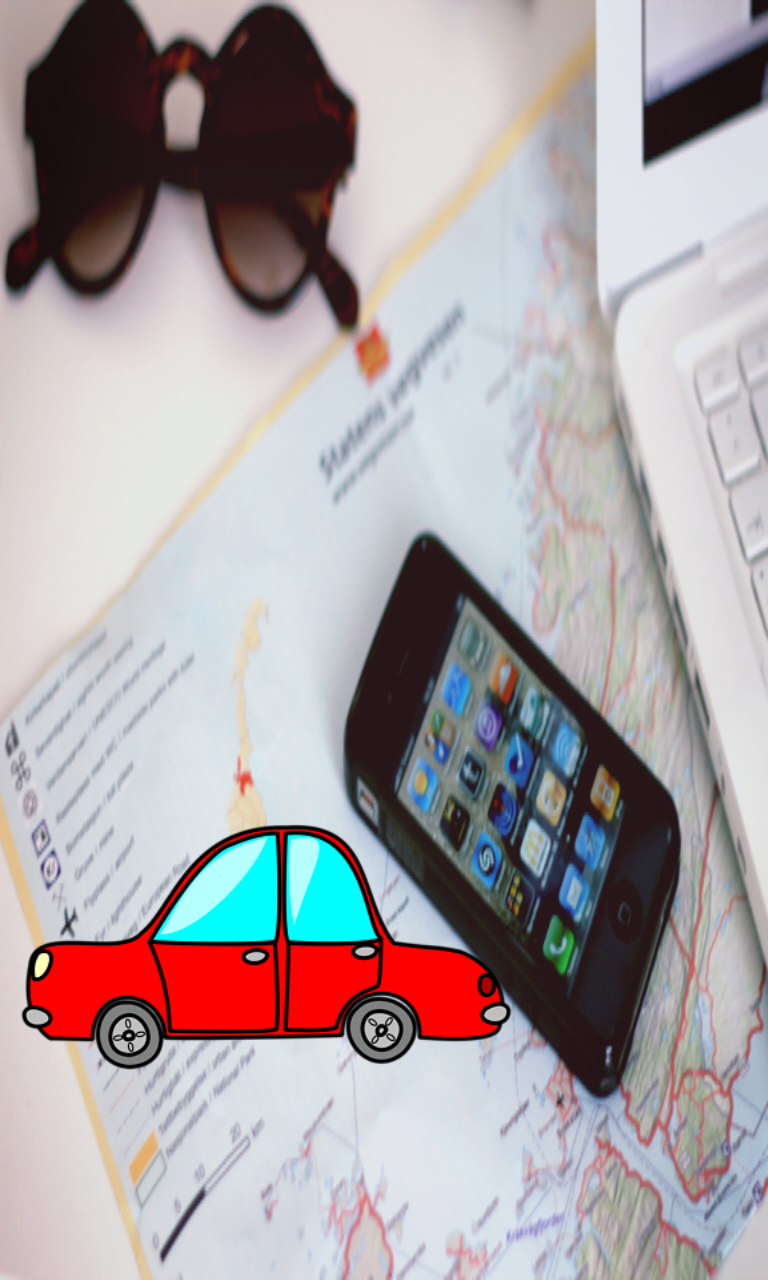
Repository: prernanain27/Android-Travel-Project
Layout: Itravel/res/layout/activity_itravel.xml
These files come from the project's save history. The layout is drawn as it stood at one moment and after the next save; the edit follows.
It is drawn on a 768 x 1280 px phone screen (xhdpi) without system bars, with theme AppTheme; the app's code is not run.

Above is the layout before, as saved 2013-09-20 19:06:49.

After the next save:
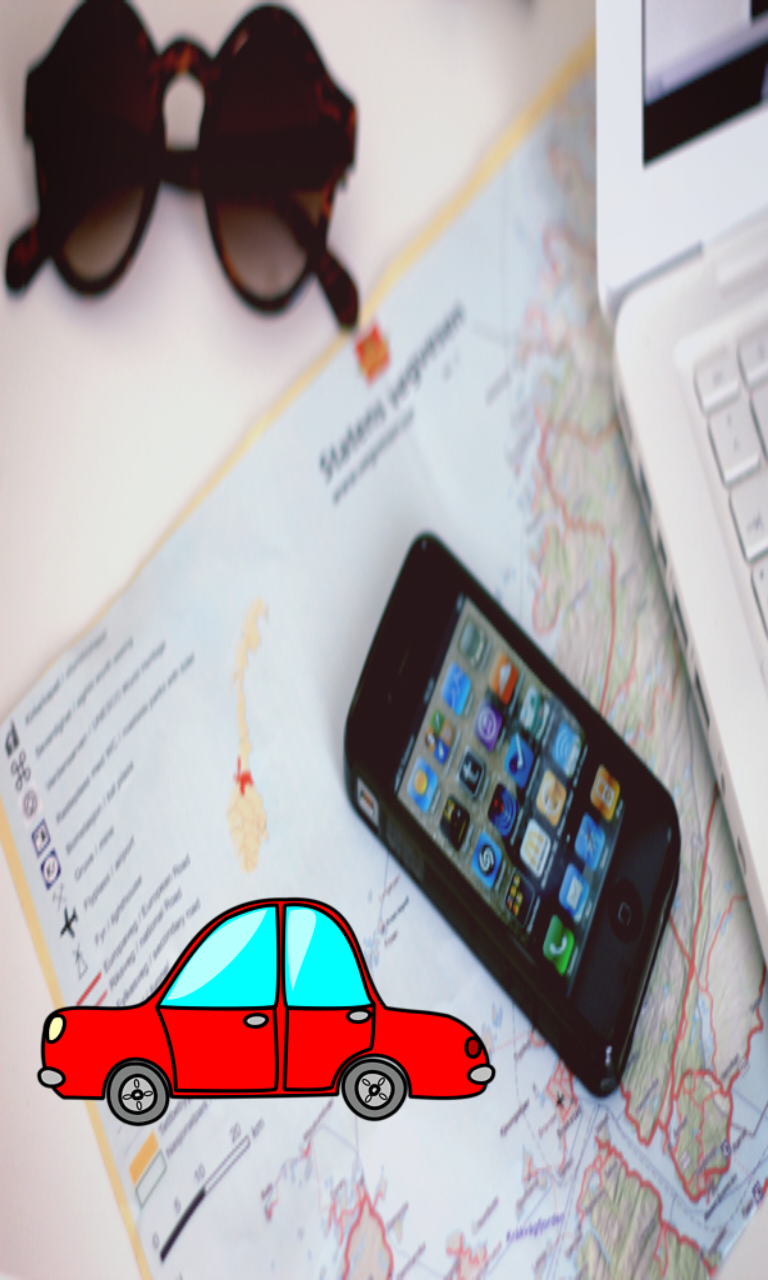
Saved 28 s later.
--- a/Itravel/res/layout/activity_itravel.xml
+++ b/Itravel/res/layout/activity_itravel.xml
@@ -10,7 +10,7 @@
     android:layout_width="wrap_content"
     android:layout_height="wrap_content"
     android:src="@drawable/car"
-    android:layout_marginTop="350dp"
+    android:layout_marginTop="390dp"
     />
 
 </LinearLayout>
